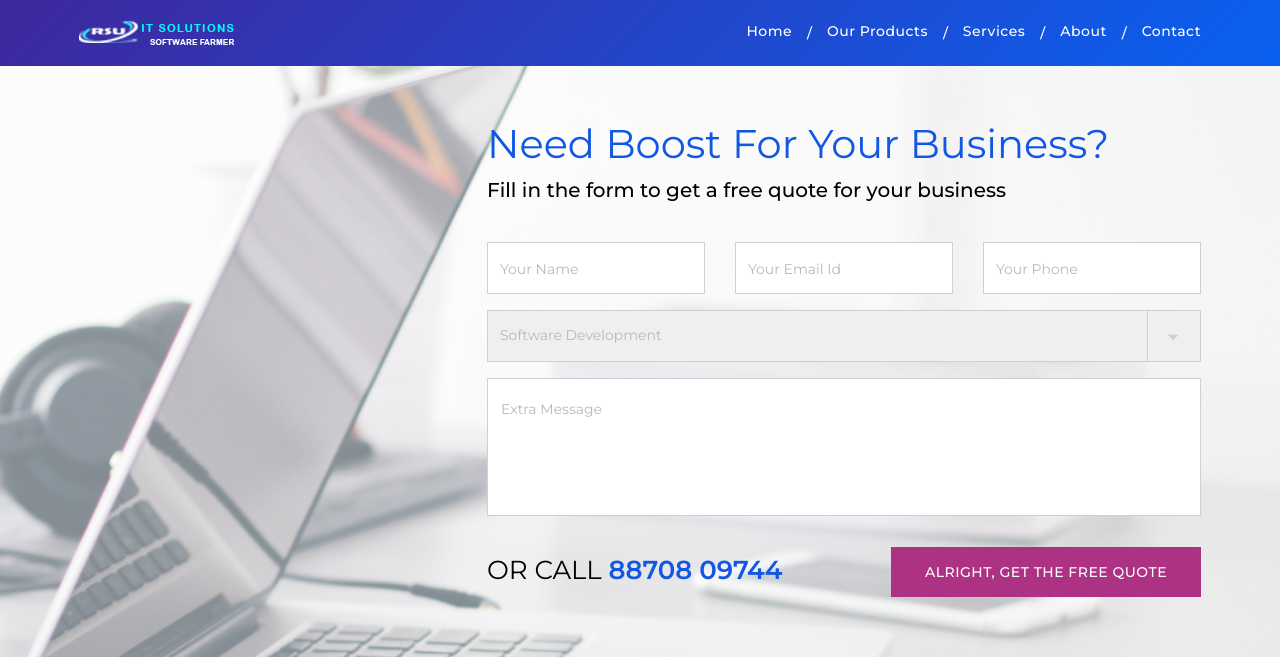
Repository: rsusolutions/RSU-Website
Page: index.html
An editor plug-in stored every save of this project. The page is shown before and after the next save, followed by the edit.
The browser window is 1280 px wide. The pictures show the part of the page from y = 0 to 657 px (the page is 2465 px tall before and 2557 px after).
Pictures or frames that could not be fetched are drawn as grey boxes. Some web fonts or font styles are not loaded; a fallback is used. Some web libraries are served in a nearby version.

Above is the page before, as saved 2020-04-17 00:28:03.
Console error: ReferenceError: grecaptcha is not defined

### index.html
<!doctype html>
<html lang="en">

<head>
    <!-- Required meta tags -->
    <meta charset="utf-8">
    <meta name="viewport" content="width=device-width, initial-scale=1, shrink-to-fit=no">
    <meta name="description" content="">
    <meta name="author" content=""><meta charset="utf-8">
    <meta name='description' content="Computer Hardware and Software Mobile app developing & All Services are Available.">
    <meta name='keywords' content="">
    <meta http-equiv="X-UA-Compatible" content="IE=edge">
    <meta name="viewport" content="width=device-width, initial-scale=1">
    <title>RSU IT Solutions</title>
    <link rel="shortcut icon" type="image/x-icon" href="images/rsu.png" />
    <!-- Bootstrap CSS -->
    <link rel="stylesheet" href="https://maxcdn.bootstrapcdn.com/bootstrap/4.0.0/css/bootstrap.min.css" integrity="sha384-Gn5384xqQ1aoWXA+058RXPxPg6fy4IWvTNh0E263XmFcJlSAwiGgFAW/dAiS6JXm" crossorigin="anonymous">
    <link rel="stylesheet" href="https://cdnjs.cloudflare.com/ajax/libs/font-awesome/4.7.0/css/font-awesome.min.css">
    <link href="https://fonts.googleapis.com/css?family=Montserrat:100,200,300,400,500,600,700|Playfair+Display:400,700,900" rel="stylesheet">
    <link href="https://fonts.googleapis.com/css?family=Changa+One|Montserrat:100,100i,200,200i,300,300i,400,400i,500,600,700,800" rel="stylesheet">
    <link rel="stylesheet" href="http://cdnjs.cloudflare.com/ajax/libs/font-awesome/4.1.0/css/font-awesome.min.css" />
    <link rel="stylesheet" href="css/animate.css">
    <link rel="stylesheet" href="css/main.css">
    <script src="https://www.google.com/recaptcha/api.js?render=6Lfp0cwUAAAAAGNMqhOZdjrGueU6BsoufN_HOekm"></script>
    <script async src="//pagead2.googlesyndication.com/pagead/js/adsbygoogle.js"></script>
    <script src="http://code.jquery.com/jquery-1.11.3.min.js"></script>
<script>
     (adsbygoogle = window.adsbygoogle || []).push({
          google_ad_client: "ca-pub-1856378542620261",
          enable_page_level_ads: true
     });
</script>
<script>
    var $form = $('form#test-form'),
    url = 'https://script.google.com/macros/s/AKfycbxT1j4SiEPVVbHjZXRlLChNm9hoX5kSutwt1E0wauGMUqOCHrNm/exec'

$('#submit-form').on('click', function(e) {
    alert("click")
  e.preventDefault();
  var jqxhr = $.ajax({
    url: url,
    method: "GET",
    dataType: "json",
    data: $form.serializeObject()
  }).success(
    alert("form-submited")
  );
})
</script>
</head>

<body>

    <!-- Nav-bar -->
    <nav class="navbar navbar-expand-md navbar-dark fixed-top">
        <div class="gradient"></div>
        <!-- Container -->
        <div class="container">
            <a class="navbar-brand" href="index.php">
                <img src="images/logo.png" alt="">
            </a>
            <button class="navbar-toggler" type="button" data-toggle="collapse" data-target="#navbarCollapse" aria-controls="navbarCollapse" aria-expanded="false" aria-label="Toggle navigation">
              <span><i class="fa fa-align-right" aria-hidden="true"></i></span>
            </button>
            <div class="collapse navbar-collapse" id="navbarCollapse">
                <ul class="navbar-nav ml-auto">
                    <li class="nav-item active">
                        <a class="nav-link" href="index.php">Home <span class="sr-only">(current)</span></a>
                    </li>
                    <li class="hidden">/</li>
                    <li class="nav-item">
                        <a class="nav-link" href="products.html">Our Products</a>
                    </li>
                    <li class="hidden">/</li>
                    <li class="nav-item">
                        <a class="nav-link" href="services.html">Services</a>
                    </li>


                    <li class="hidden">/</li>
                    <li class="nav-item">
                        <a class="nav-link" href="about.html">About</a>
                    </li>
                    <li class="hidden">/</li>
                    <li class="nav-item">
                        <a class="nav-link" href="contact.html">Contact</a>
                    </li>
                </ul>
            </div>
        </div>
        <!-- /. Container -->
    </nav>

    <!-- Banner-Section -->
    <section class="banner">
        <div class="gradient"></div>
        <!-- Container -->
        <div class="container h-100 d-flex">
            <div class="jumbotron my-auto ml-auto" data-aos="fade-right" data-aos-duration="600">
                <h1>Need Boost For Your Business?</h1>
                <h2 class="lead">Fill in the form to get a free quote for your business</h2>
                <!-- Grid row-->
                <div class="row">
                    <div class="col-md-12">
                        <form  id="test-form" >
                            <div class="form-group row">
                                <div class="col-sm-4">
                                    <input type="text" name="name" class="form-control" placeholder="Your Name" required>
                                </div>
                                <div class="col-sm-4">
                                    <input type="text" name="email" class="form-control" placeholder="Your Email id" required>
                                </div>
                                <div class="col-sm-4">
                                    <input type="text" name="mobile" class="form-control" placeholder="Your Phone" required>
                                </div>
                            </div>
                            <div class="form-group row">
                                <div class="col-sm-12 selectdiv">
                                   <select name="category">
                                       <option value="software Ins." > Software Installation</option>
                                       <option value="software App" selected>Software Development</option>
                                       <option value="mobile App">Mobile App Development</option>
                                       <option value="data Recovery">Data Recovery ( HardDisk / Mobile)</option>
                                       <option value="services">Computer hardware/software services</option>
                                       <option value="seo">SEO </option>
                                   </select>
                                </div>
                            </div>
                            <input type="hidden" id="token" name="token">
                            <div class="form-group row">
                                <div class="col-sm-12">
                                    <textarea type="text" name="message" class="form-control" placeholder="Extra Message" rows="4" required></textarea>
                                </div>
                            </div>
                            <span>Or Call <a href="#">88708 09744</a></span>
                            <button type="submit" id="submit-form" class="btn btn-primary">Alright, Get the Free Quote</button>
                        </form>
                    </div>
                </div>
                <!--/. Grid row-->
            </div>
        </div>
        <!-- /. Container -->
        <!-- Services-Section -->
        <div class="services">
            <div class="gradient"></div>
            <!-- Container -->
            <div class="container">
                <div class="row">

                    <div class="col-lg-4 col-md-12 col-xs-12">
                        <div class="card">
                            <div class="card-block block-1">
                                <p class="card-text">Mobile app development is a term used to denote the act or process. Mobile app is developed for mobile devices....</p>
                            </div>
                        </div>
                    </div>

                    <div class="col-lg-4 col-md-12 col-xs-12">
                        <div class="card">
                            <div class="card-block block-2">
                                <p class="card-text">Web development is a broad term for the work involved in developing a web site for the Internet or an intranet...</p>
                            </div>
                        </div>
                    </div>

                    <div class="col-lg-4 col-md-12 col-xs-12">
                        <div class="card">
                            <div class="card-block block-3">
                                <p class="card-text">Increase sales and customer satisfaction with smarter promotions, instant OTPs, notifications, surveys, and other award-winning bulk SMS services...</p>
                            </div>
                        </div>
                    </div>

                </div>
                <!--/. Grid row-->
            </div>
            <!-- /. Container -->
        </div>
    </section>

    <!-- Theme-Section -->
    <section class="theme">
        <!-- Container -->
        <div class="container">
           <!-- Grid row-->
            <div class="row" data-aos="fade-up" data-aos-duration="500">
                <div class="col-lg-3 col-md-12">
                    <div class="box-1">
                        <h2 class="heading">Hi, Welcome to RSU IT Solutions</h2>
                        <p>We offer high quality services that match the expectations of our customers Outstanding customer service is a challenge....</p>
                        <div class="cont">
                            <i class="fa fa-object-group" aria-hidden="true"></i>
                        </div>
                    </div>
                </div>
                <div class="col-lg-9 col-md-12">
                    <div class="row m-0">
                        <a href="services.html" class="col-md-4 col1">
                            <h5>SEO</h5>
                            <h6>Search engine optimization is the process of increasing the quality and quantity of website traffic, increasing visibility of a website or a web page to users of a web search engine....</h6>
                            <img src="images/border.png" alt="">
                        </a>
                        <a href="services.html" class="col-md-4 col3">
                            <h5>Mobile App</h5>
                            <h6>RSU is an expert in delivering high performance and scalable enterprise mobile apps in Android and iOS....</h6>
                        </a>
                        <a href="services.html" class="col-md-4 col2">
                            <h5>design</h5>
                            <h6>Software design is where all great applications start. You have ideas. You have goals. But before you can begin to build your application, you need to weave your ideas and goals together into a clear plan for how your app will work....</h6>
                            <img src="images/border.png" alt="">
                        </a>

                    </div>
                    <hr/>
                    <div class="row m-0">
                        <a href="services.html" class="col-md-4 col4">
                            <h5>marketing</h5>
                            <h6>Look for businesses that reach your target market and consider ways you can work together. Whether you actively market each other's services...</h6>
                            <img src="images/border.png" alt="">
                        </a>
                        <a href="services.html" class="col-md-4 col5">
                            <h5>affilates</h5>
                            <h6>Affiliate marketing is a type of performance-based marketing in which a business rewards one or more affiliates for each visitor or customer brought by the affiliate's own marketing efforts....</h6>
                            <img src="images/border.png" alt="">
                        </a>
                        <a href="services.html" class="col-md-4 col6">
                            <h5>Social</h5>
                            <h6>Social marketing is a form of advertising, it has been a large industry for some time now. but now we have advanced to huge LCD screens and online advertisement on social medias and websites...</h6>
                        </a>
                    </div>
                </div>
            </div>
            <!--/. Grid row-->
        </div>
        <!-- /. Container -->
    </section>

    <!-- Testimonial-Section -->
    <section class="about-home" id="about">
        <!-- Container -->
        <div class="container">
           <!-- Grid row-->
            <div class="row box-1" data-aos="fade-up" data-aos-duration="500">
                <div class="col-lg-3 col-md-12">
                    <i class="fa fa-cogs" aria-hidden="true"></i>
                    <h3>Who we are?</h3>
                    <p class="heading">An 'RSU' is a set of software programs and services that vendors, channel partners and value-added resellers deliver to customers....</p>
                </div>
                <div class="col-lg-9 col-md-12">
                    <div class="row">
                        <div class="col-md-8 main-content">
                            <p>Our founders envisioned a company that would excel providing custom software solutions and project management support for businesses seeking an alternative to high-priced consulting firms. They would merge strong business expertise and technical proficiency with exceptional project management skills to ensure that clients received high quality solutions.</p>
                            <p>we are a game changer in the technology industry with an extensive focus on custom software development, mobile applications and staffing. We provide technology solutions that attract, convert, and connect you with prospects......</p>
                        </div>
                        <div class="col-md-4 p-0">
                            <img src="images/image-1.jpg" alt="The Pulpit Rock">
                        </div>
                    </div>
                </div>
            </div>
            <!--/. Grid row-->
            <!-- Grid row-->
            <!-- <div class="row box-1" data-aos="fade-up" data-aos-duration="500">
                <div class="col-lg-3 col-md-12">
                    <i class="fa fa-cogs" aria-hidden="true"></i>
                    <h3>Who we are?</h3>
                    <p class="heading">Lorem Ipsum is simply dummy text of the printing typesetting of type and scrambled...</p>
                </div>
                <div class="col-lg-9 col-md-12">
                    <div class="row">
                        <div class="col-md-8 main-content">
                            <p>Lorem Ipsum is simply dummy text of the printing and typesetting industry. Lorem m has been the industry's printer took a galley of and typesetting industry. Lorem Ipsum has been the industry's printer took a galley</p>
                            <p>Of type and Lorem Ipsum is simply dummy text of the printing and typesetting industry. Lorem Ipsum has been the industry's printer took a galley of type and scrambled...crambled......</p>
                        </div>
                        <div class="col-md-4 p-0">
                            <img src="images/image-2.jpg" alt="The Pulpit Rock">
                        </div>
                    </div>
                </div>
            </div> -->
            <!--/. Grid row-->
            <!-- Grid row-->
            <!-- <div class="row box-1" data-aos="fade-up" data-aos-duration="500">
                <div class="col-lg-3 col-md-12">
                    <i class="fa fa-cogs" aria-hidden="true"></i>
                    <h3>Who we are?</h3>
                    <p class="heading">Lorem Ipsum is simply dummy text of the printing typesetting of type and scrambled...</p>
                </div>
                <div class="col-lg-9 col-md-12">
                    <div class="row">
                        <div class="col-md-8 main-content">
                            <p>Lorem Ipsum is simply dummy text of the printing and typesetting industry. Lorem m has been the industry's printer took a galley of and typesetting industry. Lorem Ipsum has been the industry's printer took a galley</p>
                            <p>Of type and Lorem Ipsum is simply dummy text of the printing and typesetting industry. Lorem Ipsum has been the industry's printer took a galley of type and scrambled...crambled......</p>
                        </div>
                        <div class="col-md-4 p-0">
                            <img src="images/image-3.jpg" alt="The Pulpit Rock">
                        </div>
                    </div>
                </div>
            </div> -->
            <!--/. Grid row-->
        </div>
        <!-- /. Container -->
    </section>


    <!-- Footer -->
    <footer class="page-footer">
        <div class="gradient"></div>
        <!-- Footer Links -->
        <!-- Container -->
        <div class="container">

            <!-- Grid row-->
            <div class="row text-center d-flex justify-content-center">

                <!-- Grid column -->
                <div class="col-md-12">
                    <ul>
                        <li><a href="index.html">Home </a></li>
                        <li><a href="products.html">Our Products </a></li>
                        <li><a href="services.html">Services </a></li>
                        <li><a href="contact.html">Contact</a></li>

                    </ul>
                </div>
                <!-- Grid column -->

            </div>
            <!-- Grid row-->

            <!-- Footer Links -->
            <div class="row text-center">
                <!-- Copyright -->
                <div class="col-md-12 footer-copyright">
                    <p>© 2018, All Rights Reserved. </p>
                </div>
                <!-- Copyright -->
            </div>

            <!-- Grid row-->
            <div class="row d-flex text-center justify-content-center">

                <!-- Grid column -->
                <div class="col-md-8 col-12">
                    <a href="index.php"><img src="images/logo.png" alt="footer-logo"></a>
                </div>
                <!-- Grid column -->

            </div>
            <!-- Grid row-->
        </div>
        <!-- /. Container -->
    </footer>
    <!-- Footer -->


    <!-- Return to Top -->
    <a href="javascript:" id="return-to-top"><i class="fa fa-long-arrow-up" aria-hidden="true"></i></a>

    <!-- jQuery first, then Popper.js, then Bootstrap JS -->
    <script src="https://ajax.googleapis.com/ajax/libs/jquery/3.3.1/jquery.min.js"></script>
    <script src="https://ajax.googleapis.com/ajax/libs/jquery/3.3.1/jquery.min.js"></script>
    <script src="https://cdnjs.cloudflare.com/ajax/libs/popper.js/1.12.9/umd/popper.min.js" integrity="sha384-ApNbgh9B+Y1QKtv3Rn7W3mgPxhU9K/ScQsAP7hUibX39j7fakFPskvXusvfa0b4Q" crossorigin="anonymous"></script>
    <script src="https://maxcdn.bootstrapcdn.com/bootstrap/4.0.0/js/bootstrap.min.js" integrity="sha384-JZR6Spejh4U02d8jOt6vLEHfe/JQGiRRSQQxSfFWpi1MquVdAyjUar5+76PVCmYl" crossorigin="anonymous"></script>
    <!-- Custom JavaScript -->
    <script src="js/animate.js"></script>
    <script src="js/custom.js"></script>
    <script>
  grecaptcha.ready(function() {
      grecaptcha.execute('6Lfp0cwUAAAAAGNMqhOZdjrGueU6BsoufN_HOekm', {action: 'homepage'}).then(function(token) {
         // console.log(token);
         document.getElementById("token").value = token;
      });
  });
  </script>
</body>

</html>

Loaded but not shown: css/animate.css (library); js/animate.js (library); js/custom.js (45 lines, source omitted); css/main.css (3363 lines, source omitted)

After the next save:
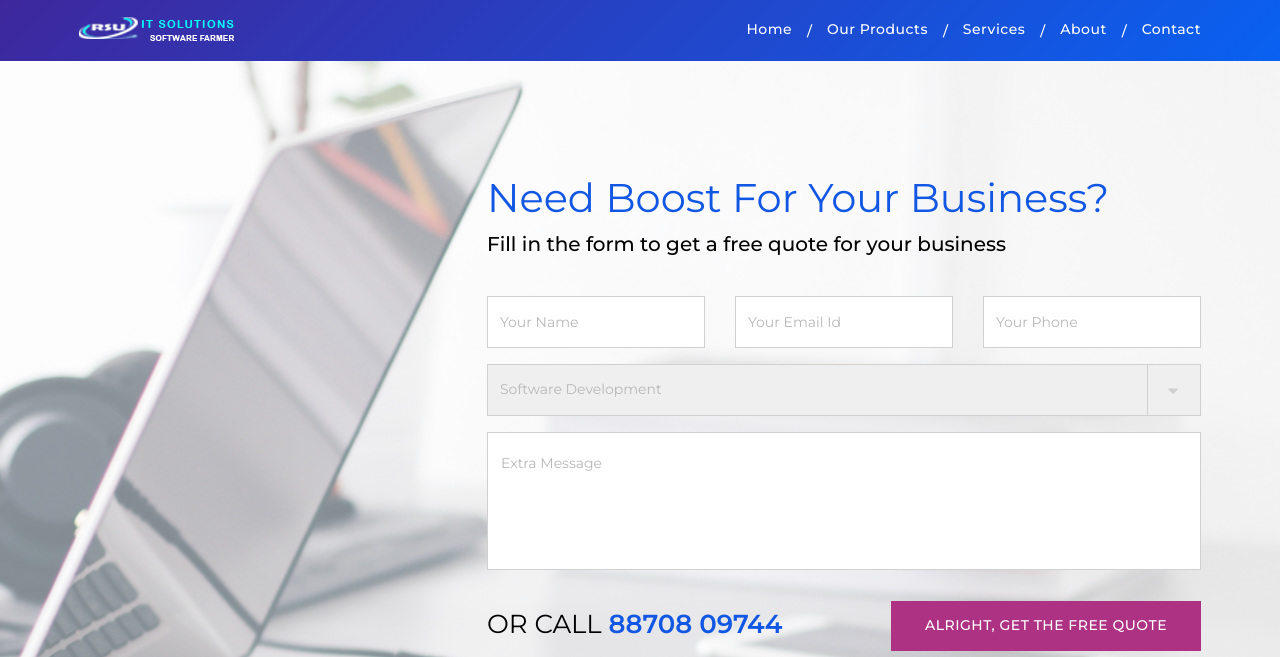
Saved 27 min 16 s later.
--- a/index.html
+++ b/index.html
@@ -1,4 +1,4 @@
-<!doctype html>
+﻿<!doctype html>
 <html lang="en">
 
 <head>
@@ -30,22 +30,24 @@
           enable_page_level_ads: true
      });
 </script>
-<script>
-    var $form = $('form#test-form'),
-    url = 'https://script.google.com/macros/s/AKfycbxT1j4SiEPVVbHjZXRlLChNm9hoX5kSutwt1E0wauGMUqOCHrNm/exec'
-
+    <script type="text/javascript">
+jQuery(document).ready(function(){
+var $form = $('form#test-form'),
+    url = 'https://script.google.com/macros/s/AKfycbxT1j4SiEPVVbHjZXRlLChNm9hoX5kSutwt1E0wauGMUqOCHrNm/exec',
+    mydata = JSON.stringify($('#myform').serialize());
 $('#submit-form').on('click', function(e) {
-    alert("click")
+
   e.preventDefault();
   var jqxhr = $.ajax({
     url: url,
     method: "GET",
     dataType: "json",
-    data: $form.serializeObject()
+    data: mydata
   }).success(
     alert("form-submited")
   );
 })
+});
 </script>
 </head>
 

After the 4 saves that followed:
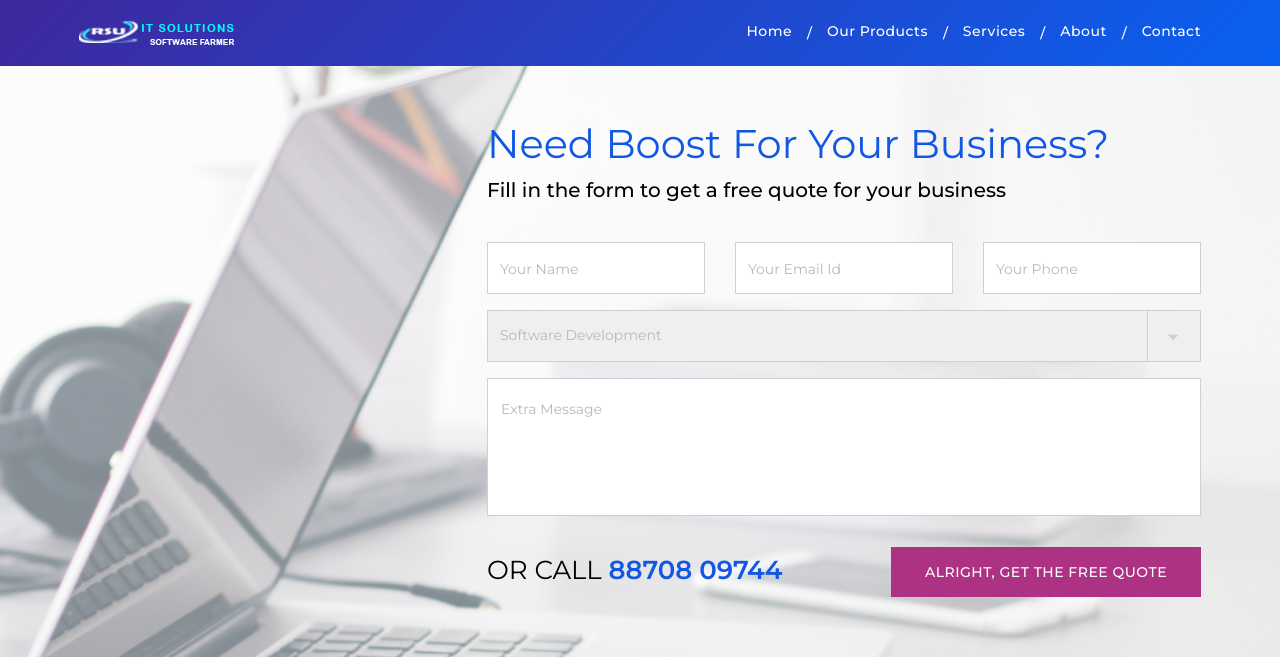
Console error: SyntaxError: Unexpected token '<<'
The 4 saves are shown as one change because 3 left the picture as it was.
The last was saved 14 min 48 s later.
--- a/index.html
+++ b/index.html
@@ -1,4 +1,4 @@
-﻿<!doctype html>
+<!doctype html>
 <html lang="en">
 
 <head>
@@ -40,11 +40,23 @@
   e.preventDefault();
   var jqxhr = $.ajax({
     url: url,
+    headers: {
+            'Access-Control-Allow-Origin': '*',
+            'Content-Type':'application/json'
+        },
     method: "GET",
+<<<<<<< HEAD
+    dataType: "jsonp",
+    data: mydata
+  }).success(function (data){
+
+=======
     dataType: "json",
     data: mydata
   }).success(
+>>>>>>> af17e3fffa78f118edaa01f1b02b94b1f7509768
     alert("form-submited")
+  }
   );
 })
 });
